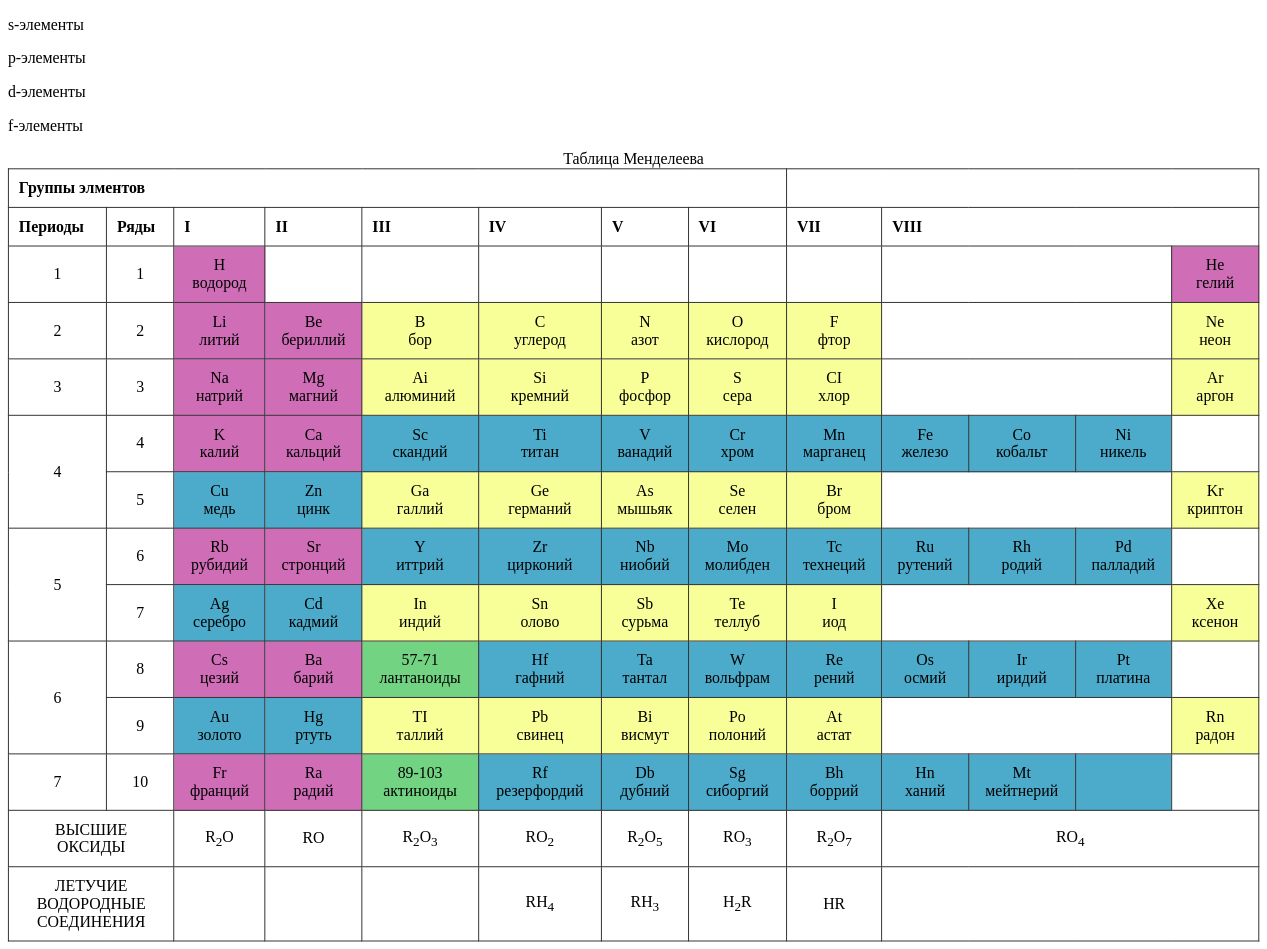
Repository: sannikovcode/exercises-a1
Page: JS/websites/01-periodic table/index.html
An editor plug-in stored every save of this project. The page is shown before and after the next save, followed by the edit.
The browser window is 1280 px wide. The pictures show the whole page, at 99% of full size.

Above is the page before, as saved 2025-10-18 15:04:06.

### JS/websites/01-periodic table/index.html
<!DOCTYPE html>
<html lang="en">

<head>
    <meta charset="UTF-8">
    <meta name="viewport" content="width=device-width, initial-scale=1.0">
    <title>Periodic table</title>
    <link rel="stylesheet" href="styles.css">
</head>

<body>
    <table>
        <caption>Таблица Менделеева</caption>
        <thead>
            <tr>
                <th colspan="8">Группы элментов</th>
            </tr>
        </thead>

        <tbody>
            <tr>
                <th scope="col">Периоды</th>
                <th scope="col">Ряды</th>
                <th scope="col">I</th>
                <th scope="col">II</th>
                <th scope="col">III</th>
                <th scope="col">IV</th>
                <th scope="col">V</th>
                <th scope="col">VI</th>
                <th scope="col">VII</th>
                <th scope="col" colspan="4">VIII</th>
            </tr>
            <tr>
                <td scope="row">1</td>
                <td>1</td>
                <td id="s">H<br>водород</td>
                <td></td>
                <td></td>
                <td></td>
                <td></td>
                <td></td>
                <td></td>
                <td colspan="3"></td>
                <td id="s">He<br>гелий</td>

            </tr>
            <tr>
                <td scope="row">2</td>
                <td>2</td>
                <td id="s">Li<br>литий</td>
                <td id="s">Be<br>бериллий</td>
                <td id="p">B<br>бор</td>
                <td id="p">C<br>углерод</td>
                <td id="p">N<br>азот</td>
                <td id="p">O<br>кислород</td>
                <td id="p">F<br>фтор</td>
                <td colspan="3"></td>
                <td id="p">Ne<br>неон</td>
            </tr>
            <tr>
                <td scope="row">3</td>
                <td>3</td>
                <td id="s">Na<br>натрий</td>
                <td id="s">Mg<br>магний</td>
                <td id="p">Ai<br>алюминий</td>
                <td id="p">Si<br>кремний</td>
                <td id="p">P<br>фосфор</td>
                <td id="p">S<br>сера</td>
                <td id="p">CI<br>хлор</td>
                <td colspan="3"></td>
                <td id="p">Ar<br>аргон</td>

            </tr>
            <tr>
                <td scope="row" rowspan="2">4</td>
                <td>4</td>
                <td id="s">K<br>калий</td>
                <td id="s">Ca<br>кальций</td>
                <td id="d">Sc<br>скандий</td>
                <td id="d">Ti<br>титан</td>
                <td id="d">V<br>ванадий</td>
                <td id="d">Cr<br>хром</td>
                <td id="d">Mn<br>марганец</td>
                <td id="d">Fe<br>железо</td>
                <td id="d">Co<br>кобальт</td>
                <td id="d">Ni<br>никель</td>
                <td></td>
            </tr>
            <tr>
                <td>5</td>
                <td id="d">Cu<br>медь</td>
                <td id="d">Zn<br>цинк</td>
                <td id="p">Ga<br>галлий</td>
                <td id="p">Ge<br>германий</td>
                <td id="p">As<br>мышьяк</td>
                <td id="p">Se<br>селен</td>
                <td id="p">Br<br>бром</td>
                <td colspan="3"></td>
                <td id="p">Kr<br>криптон</td>
            <tr>
                <td scope="row" rowspan="2">5</td>
                <td>6</td>
                <td id="s">Rb<br>рубидий</td>
                <td id="s">Sr<br>стронций</td>
                <td id="d">Y<br>иттрий</td>
                <td id="d">Zr<br>цирконий</td>
                <td id="d">Nb<br>ниобий</td>
                <td id="d">Mo<br>молибден</td>
                <td id="d">Tc<br>технеций</td>
                <td id="d">Ru<br>рутений</td>
                <td id="d">Rh<br>родий</td>
                <td id="d">Pd<br>палладий</td>
                <td></td>
            </tr>
            <tr>
                <td>7</td>
                <td id="d">Ag<br>серебро</td>
                <td id="d">Cd<br>кадмий</td>
                <td id="p">In<br>индий</td>
                <td id="p">Sn<br>олово</td>
                <td id="p">Sb<br>сурьма</td>
                <td id="p">Te<br>теллуб</td>
                <td id="p">I<br>иод</td>
                <td colspan="3"></td>
                <td id="p">Xe<br>ксенон</td>
            </tr>
            <tr>
                <td scope="row" rowspan="2">6</td>
                <td>8</td>
                <td id="s">Cs<br>цезий</td>
                <td id="s">Ba<br>барий</td>
                <td id="f">57-71<br>лантаноиды</td>
                <td id="d">Hf<br>гафний</td>
                <td id="d">Ta<br>тантал</td>
                <td id="d">W<br>вольфрам</td>
                <td id="d">Re<br>рений</td>
                <td id="d">Os<br>осмий</td>
                <td id="d">Ir<br>иридий</td>
                <td id="d">Pt<br>платина</td>
                <td></td>
            </tr>
            <tr>
                <td>9</td>
                <td id="d">Au<br>золото</td>
                <td id="d">Hg<br>ртуть</td>
                <td id="p">TI<br>таллий</td>
                <td id="p">Pb<br>свинец</td>
                <td id="p">Bi<br>висмут</td>
                <td id="p">Po<br>полоний</td>
                <td id="p">At<br>астат</td>
                <td colspan="3"></td>
                <td id="p">Rn<br>радон</td>
            </tr>
            <tr>
                <td scope="row">7</td>
                <td>10<br></td>
                <td id="s">Fr<br>франций</td>
                <td id="s">Ra<br>радий</td>
                <td id="f">89-103<br>актиноиды</td>
                <td id="d">Rf<br>резерфордий</td>
                <td id="d">Db<br>дубний</td>
                <td id="d">Sg<br>сиборгий</td>
                <td id="d">Bh<br>боррий</td>
                <td id="d">Hn<br>ханий</td>
                <td id="d">Mt<br>мейтнерий</td>
                <td id="d"></td>
                <td></td>
            </tr>
            <tr>
                <td colspan="2">ВЫСШИЕ <br>ОКСИДЫ</td>
                <td>R<sub>2</sub>O</td>
                <td>RO</td>
                <td>R<sub>2</sub>O<sub>3</sub></td>
                <td>RO<sub>2</sub></td>
                <td>R<sub>2</sub>O<sub>5</sub></td>
                <td>RO<sub>3</sub></td>
                <td>R<sub>2</sub>O<sub>7</sub></td>
                <td colspan="4">RO<sub>4</sub></td>

            </tr>
            <tr>
                <td colspan="2">ЛЕТУЧИЕ <br>ВОДОРОДНЫЕ <br> СОЕДИНЕНИЯ</td>
                <td></td>
                <td></td>
                <td></td>
                <td>RH<sub>4</sub></td>
                <td>RH<sub>3</sub></td>
                <td>H<sub>2</sub>R</td>
                <td>HR</td>
                <td colspan="4"></td>
            </tr>
        </tbody>
        <tfoot>
            <p>s-элементы</p>
            <p>p-элементы</p>
            <p>d-элементы</p>
            <p>f-элементы</p>

        </tfoot>

    </table>




</body>

</html>

### JS/websites/01-periodic table/styles.css
/* 1 */
table {
  border-collapse: collapse;
  width: 100%;
}

table, th, td {
  border: 1px solid #333;
}

th, td {
  padding: 10px;
  text-align: left;
}

/*2*/
td {
  text-align: center; /* горизонтальное центрирование */
  vertical-align: middle; /* вертикальное центрирование */
}

/* элементы */

#s {
  background-color: rgb(207, 109, 183);
}
#p {
  background-color: rgb(248, 255, 152);
}
#d {
  background-color: rgb(76, 171, 202);
}
#f {
  background-color: rgb(114, 211, 130);
}

After the next save:
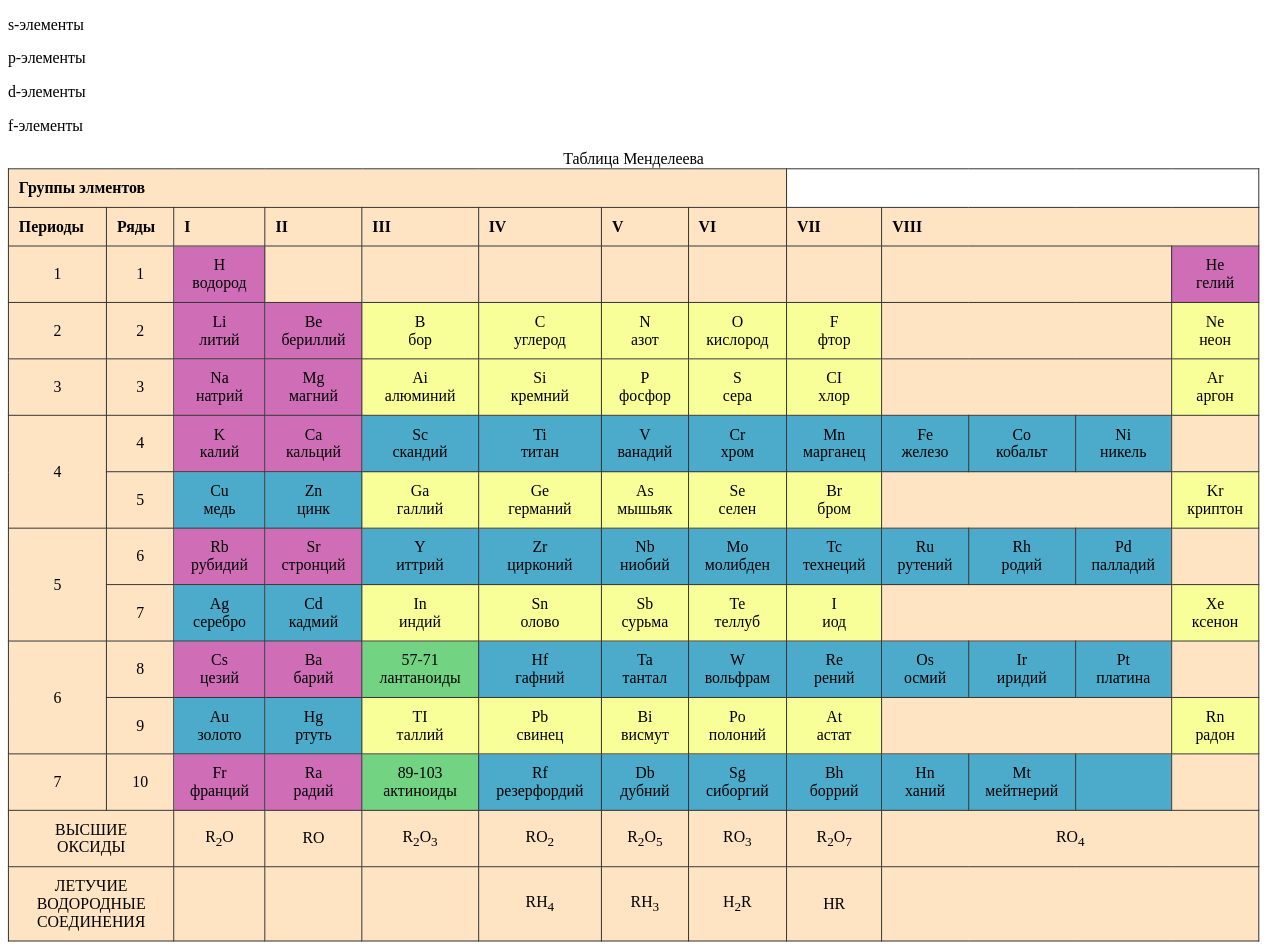
Saved 2 min 35 s later.
--- a/JS/websites/01-periodic table/styles.css
+++ b/JS/websites/01-periodic table/styles.css
@@ -11,6 +11,7 @@
 th, td {
   padding: 10px;
   text-align: left;
+  background-color: bisque;
 }
 
 /*2*/

After the 2 saves that followed:
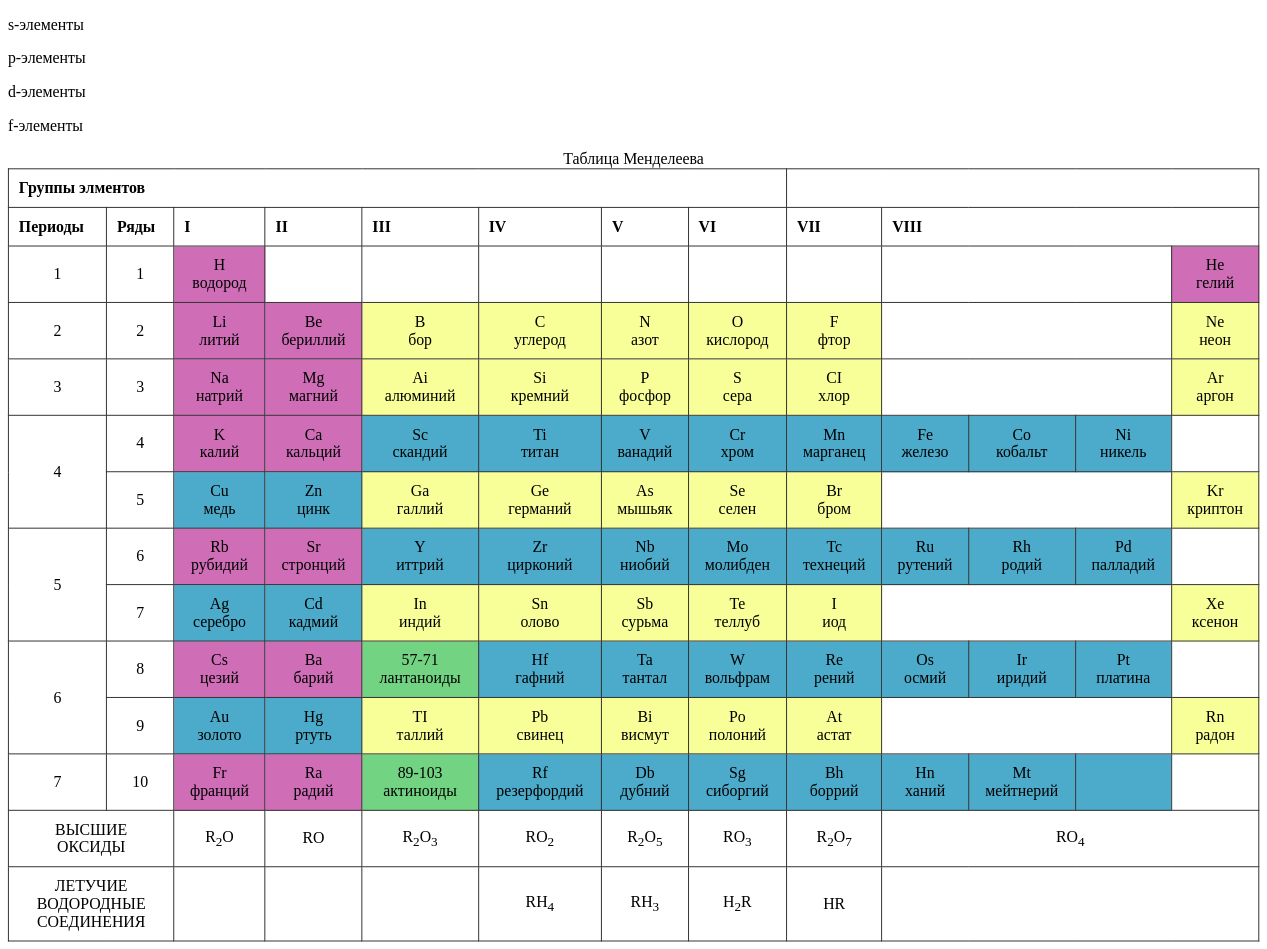
The 2 saves are shown as one change because they came seconds apart.
The last was saved 16 s later.
--- a/JS/websites/01-periodic table/styles.css
+++ b/JS/websites/01-periodic table/styles.css
@@ -11,7 +11,7 @@
 th, td {
   padding: 10px;
   text-align: left;
-  background-color: bisque;
+  background-color:
 }
 
 /*2*/
